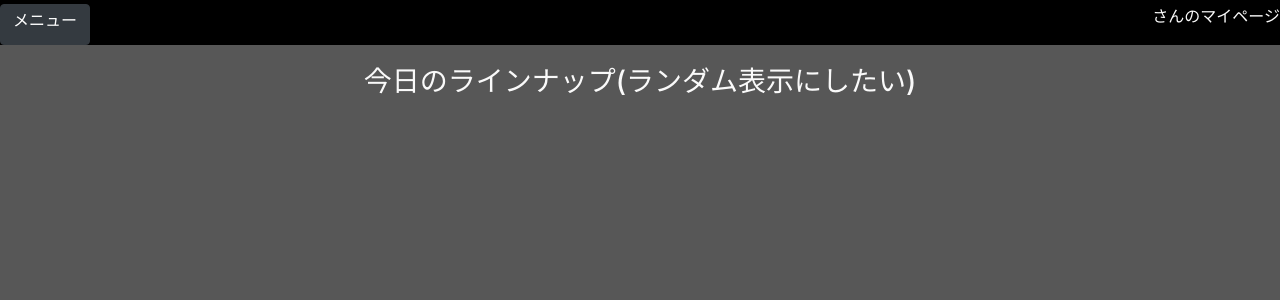
Repository: ShutaKamemura/Portfolio
Page: http://localhost/test/MypageServlet
The author's editor kept a copy of each file at every save. The page is drawn from the files as they stood at one save, then again after the next save.
The browser window is 1280 px wide. The pictures show the whole page.
Some web libraries are served in a nearby version. The page is served by Tomcat 9.

Above is the page before, as saved 2020-06-28 07:06:39.

After the next save:
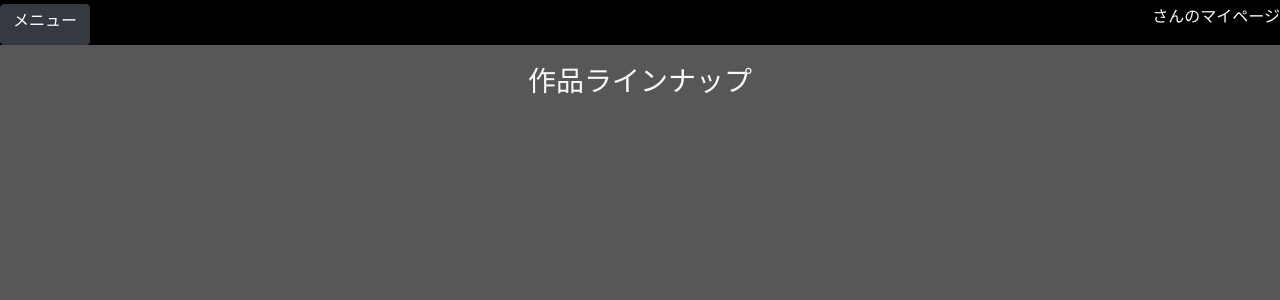
Saved 39 min 7 s later.
--- a/test/WebContent/mypage.jsp
+++ b/test/WebContent/mypage.jsp
@@ -58,7 +58,7 @@
 </header>
 
 <div class="inline-block_test">
-	<h3>今日のラインナップ(ランダム表示にしたい)</h3>
+	<h3>作品ラインナップ</h3>
 	<br>
 </div>
 
